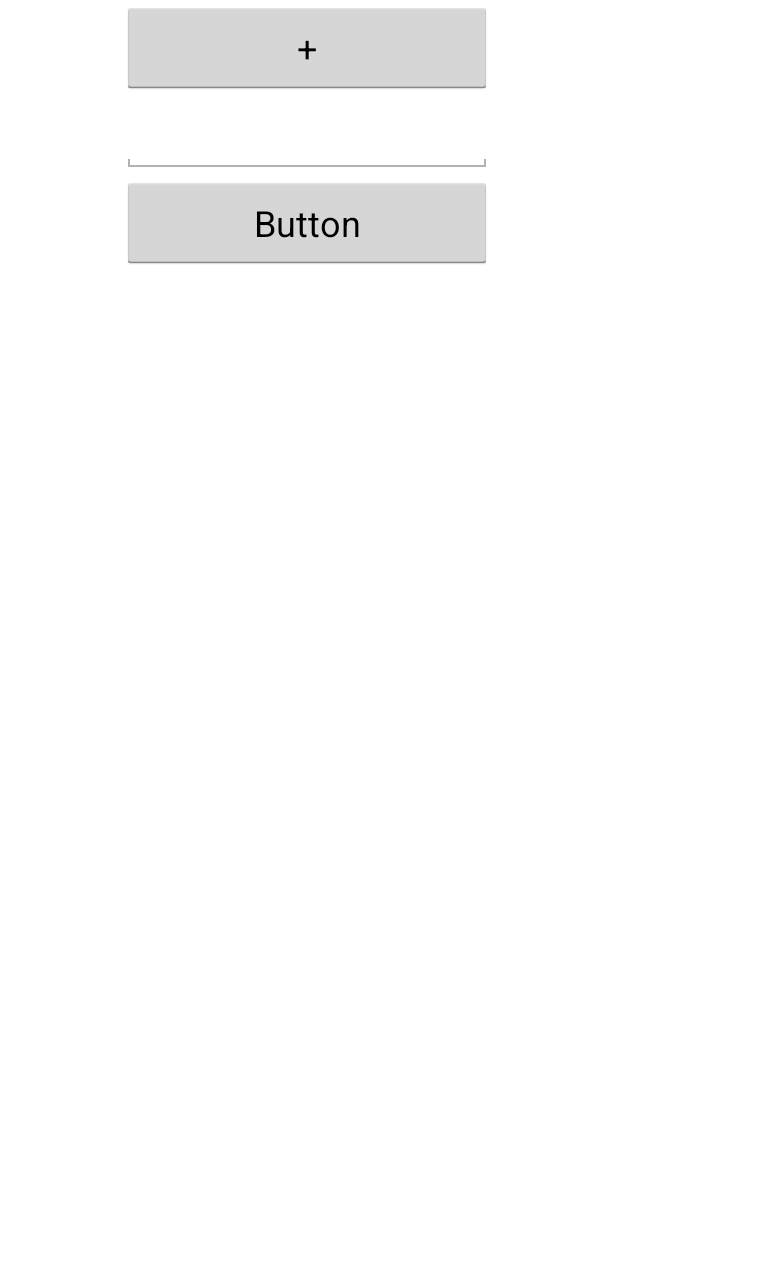
Repository: epson121/forumhr_mobile
Layout: TopicsActivity/res/layout/dialog_go_to_page.xml
An editor plug-in stored every save of this project. The layout is shown before and after the next save, followed by the edit.
It is drawn on a 768 x 1280 px phone screen (xhdpi) without system bars, with theme AppTheme; the app's code is not run.

Above is the layout before, as saved 2013-02-21 22:17:28.

### TopicsActivity/res/layout/dialog_go_to_page.xml
<?xml version="1.0" encoding="utf-8"?>
<LinearLayout xmlns:android="http://schemas.android.com/apk/res/android"
    android:layout_width="match_parent"
    android:layout_height="match_parent"
    android:orientation="vertical" >

    <Button
        android:id="@+id/button1"
        android:layout_width="187dp"
        android:layout_height="wrap_content"
        android:text="+"
        android:layout_marginLeft="60dip"
         android:layout_marginRight="60dip"
        />

    <EditText
        android:id="@+id/editText1"
        android:layout_width="187dp"
        android:layout_height="wrap_content"
        android:ems="10"
       	android:layout_marginLeft="60dip"
        android:inputType="number" >
    </EditText>

    <Button
        android:id="@+id/button2"
        android:layout_width="187dp"
        android:layout_marginLeft="60dip"
         android:layout_marginRight="60dip"
        android:layout_height="wrap_content"
        android:text="Button" />

</LinearLayout>

Loaded but not shown: TopicsActivity/res/values/styles.xml (common file); TopicsActivity/res/values-v11/styles.xml (common file); TopicsActivity/res/values-v14/styles.xml (common file)

After the next save:
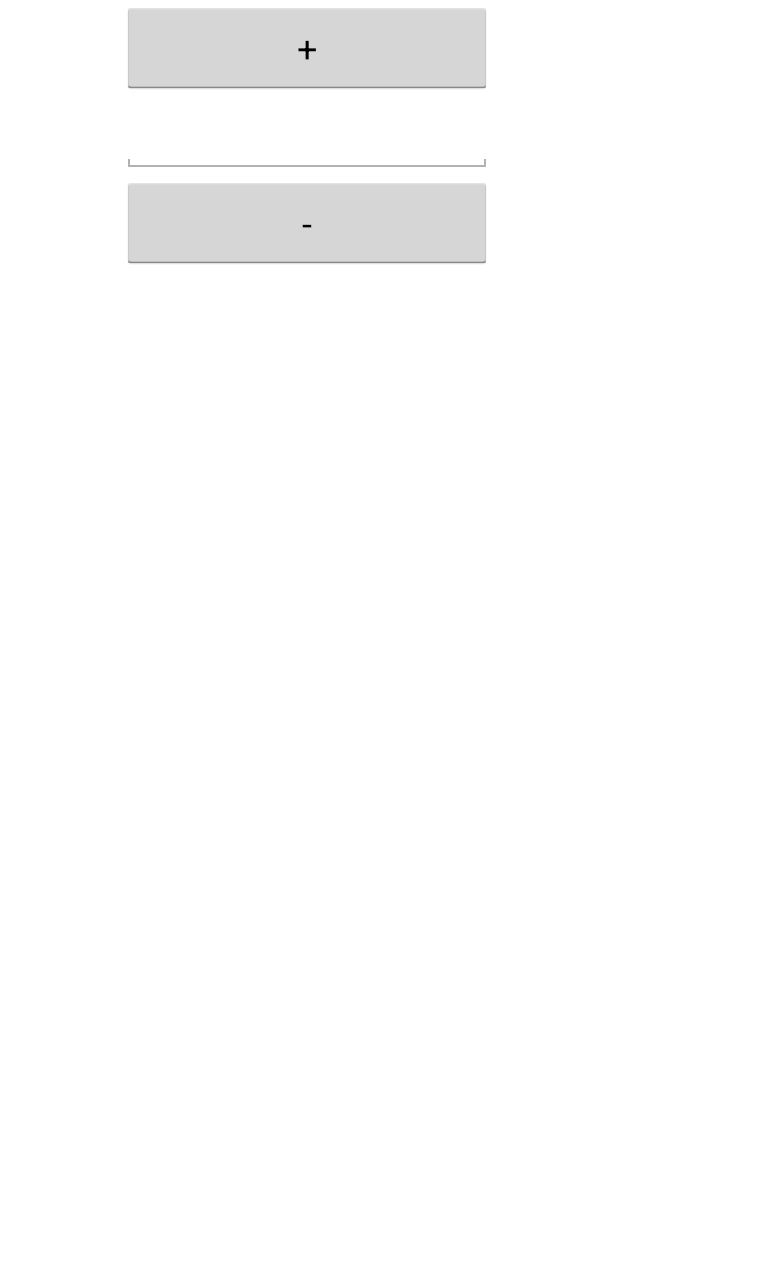
Saved 8 s later.
--- a/TopicsActivity/res/layout/dialog_go_to_page.xml
+++ b/TopicsActivity/res/layout/dialog_go_to_page.xml
@@ -28,6 +28,6 @@
         android:layout_marginLeft="60dip"
          android:layout_marginRight="60dip"
         android:layout_height="wrap_content"
-        android:text="Button" />
+        android:text="-" />
 
 </LinearLayout>
